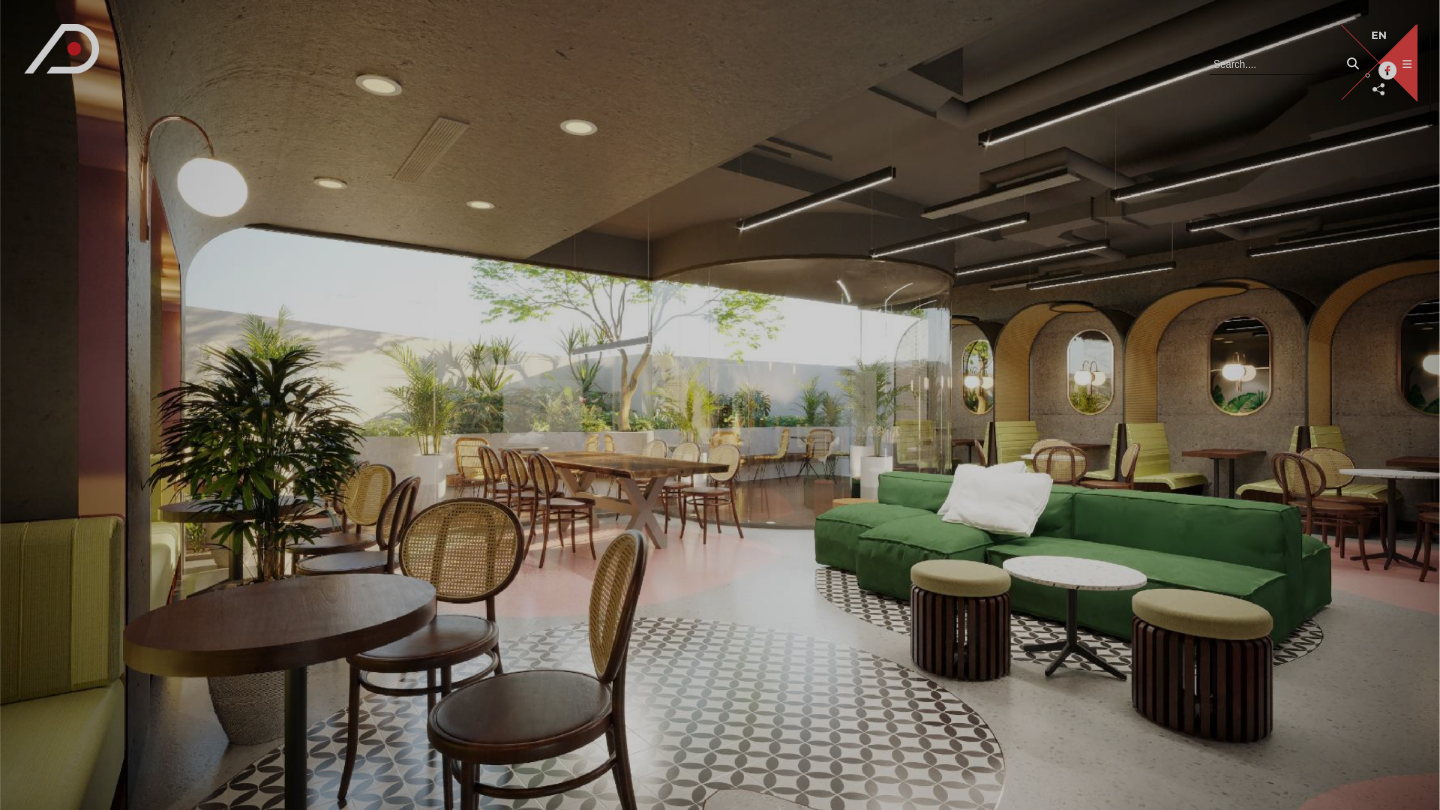
Repository: iphoneboy46/demoMonaFigma
Page: index.html
An editor plug-in stored every save of this project. The page is shown before and after the next save, followed by the edit.
The browser window is 1280 px wide. The page is 1920 px wide, so the pictures cover 1920 px, including what lies to the right of the window. The pictures show the whole page, at 75% of full size.
Some web libraries are served in a nearby version.

Above is the page before, as saved 2023-03-20 13:06:12.

After the next save:
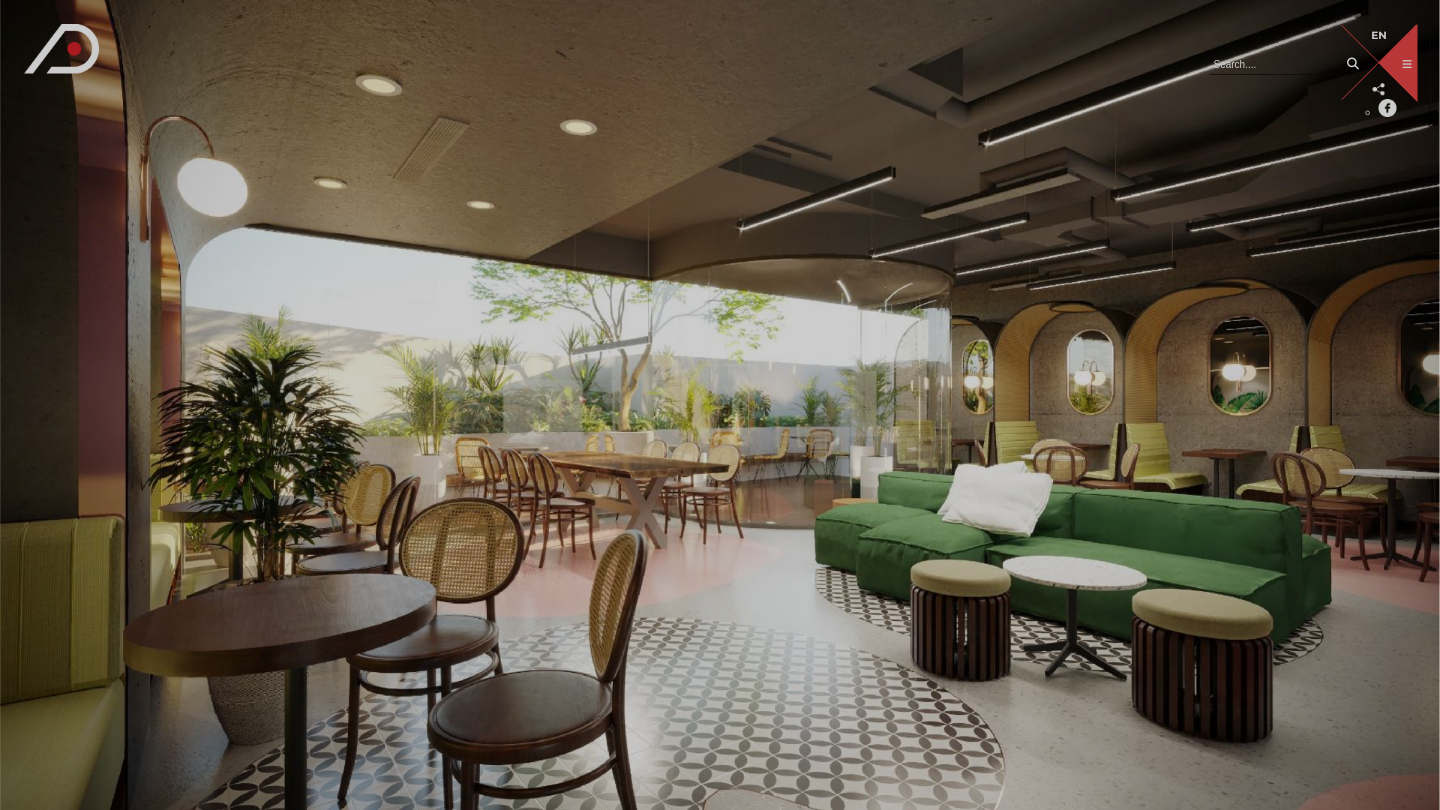
Saved 5 s later.
--- a/style.css
+++ b/style.css
@@ -213,5 +213,5 @@
 
 .header_menu--links{
     position: absolute;
-    top:50px;
-}
+    top:100px;
+}
